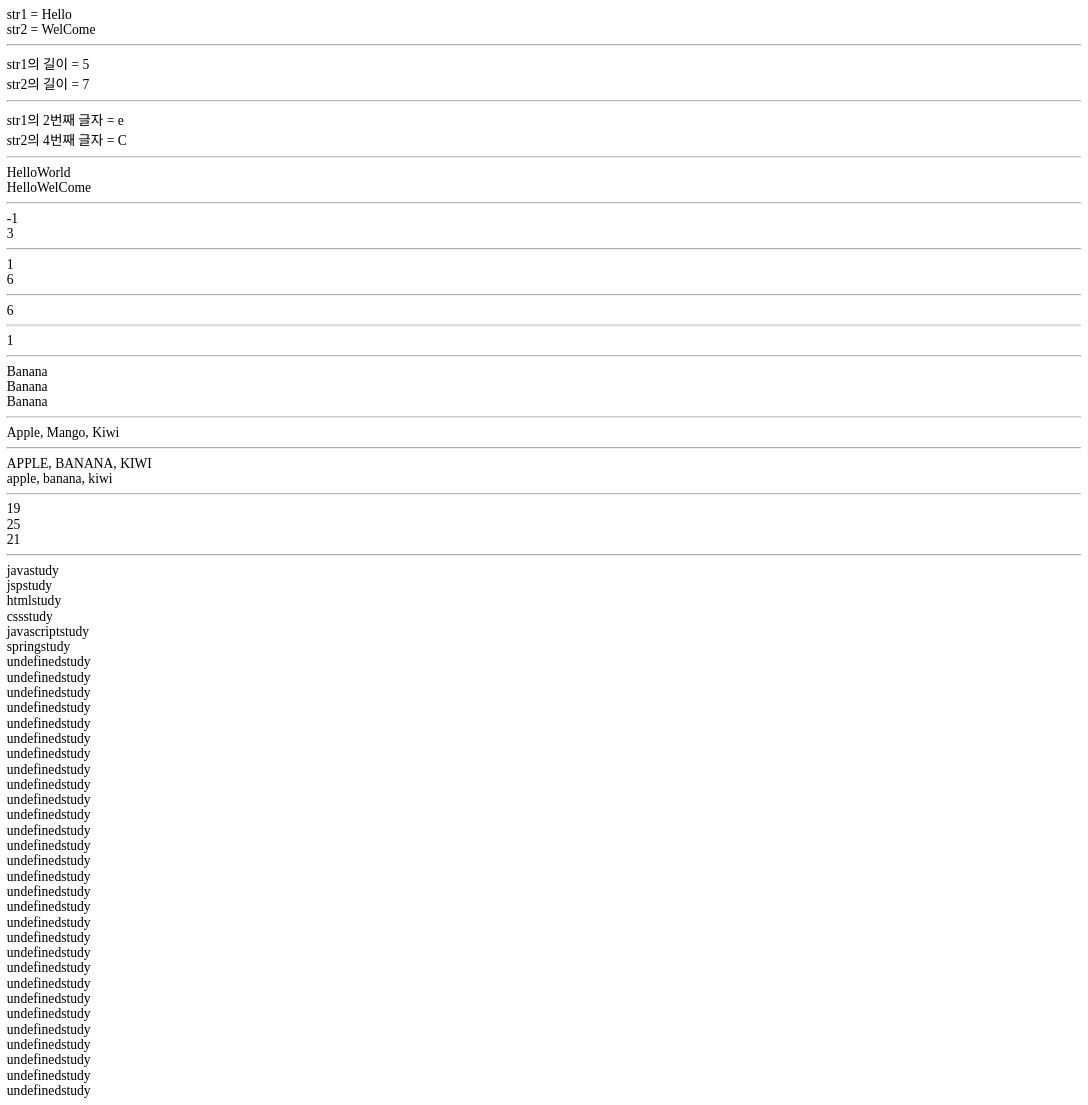
Repository: wjsjsn/23_webstudy
Page: 03_javascript/src/main/webapp/day02/Ex21_StringClass.html
An editor plug-in stored every save of this project. The page is shown before and after the next save, followed by the edit.
The browser window is 1280 px wide. The pictures show the whole page, at 85% of full size.

Above is the page before, as saved 2023-06-29 00:57:53.

### 03_javascript/src/main/webapp/day02/Ex21_StringClass.html
<!DOCTYPE html>
<html>
<head>
<meta charset="UTF-8">
<title>Insert title here</title>
<script type="text/javascript">
	// 내장 객체 : javascript가 구동되는 시점에서 바로 제공되면,
	//               javascript코드 어디에서든 사용 가능
	// Object, String, Number, Date, Array, Math, ....
	var str1 = "Hello";
	var str2 = new String("WelCome");

	document.write("str1 = " + str1 + "<br>")
	document.write("str2 = " + str2 + "<br>")
	document.write("<hr>")

	// 길이 : length
	document.write("str1의 길이 = " + str1.length + "<br>")
	document.write("str2의 길이 = " + str2.length + "<br>")
	document.write("<hr>")

	// n번째 문자 추출 : charAt(n) => n = index = 0부터 시작
	document.write("str1의 2번째 글자 = " + str1.charAt(1) + "<br>")
	document.write("str2의 4번째 글자 = " + str2.charAt(3) + "<br>")
	document.write("<hr>")

	// 문자 연결자 : concat(str)
	document.write(str1.concat("World") + "<br>")
	document.write(str1.concat(str2) + "<br>")
	document.write("<hr>")

	// 해당 문자나 문자열의 위치값 : indexOf('문자 또는 문자열')
	//                                     **정규식 사용 x, -1 이면 찾는 문자가 없다라는 뜻
	document.write(str1.indexOf('C') + "<br>")
	document.write(str2.indexOf('C') + "<br>")
	document.write("<hr>")

	// 해당 문자나 문자열의 위치값 : indexOf('문자 또는 문자열', 시작위치)
	// 첫번째 e의 위치
	document.write(str2.indexOf('e', 0) + "<br>")
	// 두번째 e의 위치
	document.write(str2.indexOf('e', str2.indexOf('e') + 1) + "<br>")
	document.write("<hr>")

	// 해당 문자나 문자열의 마지막 위치값 : lastIndexOf('문자 또는 문자열')
	document.write(str2.lastIndexOf('e') + "<br>")
	document.write("<hr>")

	// 해당 문자나 문자열의 위치값 : search('문자 또는 문자열')
	//                                        정규식 사용 가능, 두 번째 인자는 x
	document.write(str2.search('e') + "<br>")
	document.write("<hr>")

	// 원하는 문자열 추출 : slice와 substring
	// slice(begin, end), substring(begin, end) : end는 포함하지 않음
	// substr(begin, 개수)
	str1 = "Apple, Banana, Kiwi";
	document.write(str1.slice(7, 13) + "<br>")
	document.write(str1.substring(7, 13) + "<br>")
	document.write(str1.substr(7, 6) + "<br>")
	document.write("<hr>")

	// 치환 : replace(old, new) => 원본은 변경 x, 사본이 만들어짐
	var str3 = str1.replace("Banana", "Mango");
	document.write(str3 + "<br>");
	document.write("<hr>")

	// 대소문자 변환 : toUpperCase, toLowerCase
	document.write(str1.toUpperCase() + "<br>")
	document.write(str1.toLowerCase() + "<br>")
	document.write("<hr>")

	// 공백 제거 : trim()
	var str4 = "  Apple,  Banana,  Kiwi  ";
	document.write(str1.length + "<br>");
	document.write(str4.length + "<br>");
	document.write(str4.trim().length + "<br>");
	document.write("<hr>")

	// 문자열을 배열로 만들기(split("구분자"))
	var str5 = "java,jsp,html,css,javascript,spring";
	var str6 = str5.split(",")
	// k는 자바와 다르게 index를 뜻함
	for ( var k in str5) {
		document.write(str6[k] + "study" + "<br>");
	}

	// 배열을 문자열로 만들기(join("구분자"))
</script>
</head>
<body>

</body>
</html>

After the next save:
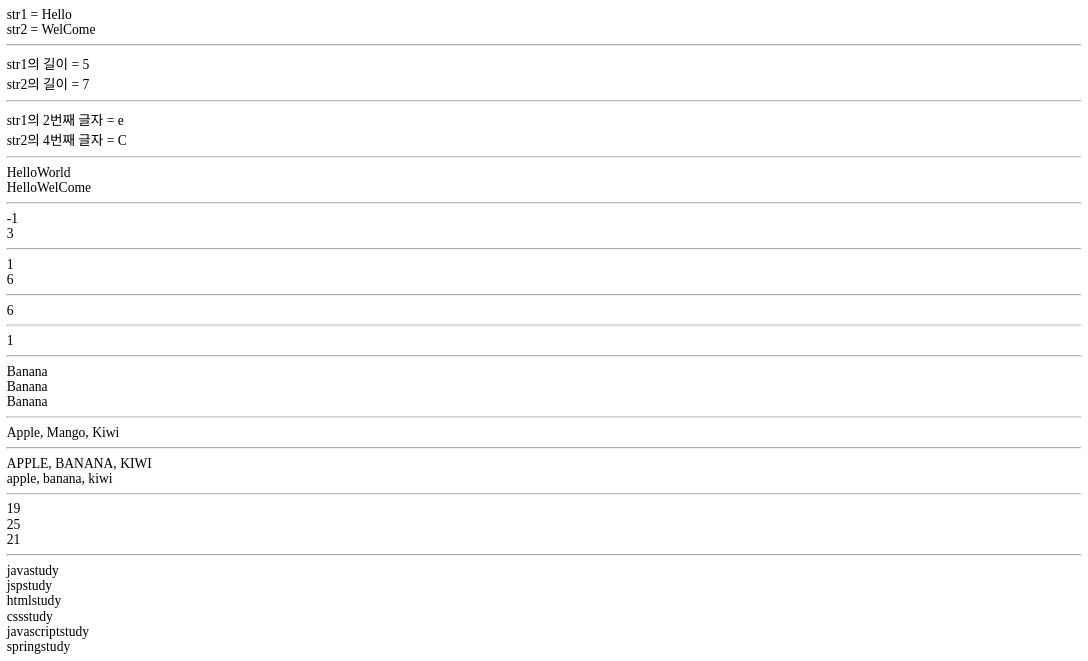
Saved 13 s later.
--- a/03_javascript/src/main/webapp/day02/Ex21_StringClass.html
+++ b/03_javascript/src/main/webapp/day02/Ex21_StringClass.html
@@ -81,7 +81,7 @@
 	var str5 = "java,jsp,html,css,javascript,spring";
 	var str6 = str5.split(",")
 	// k는 자바와 다르게 index를 뜻함
-	for ( var k in str5) {
+	for ( var k in str6) {
 		document.write(str6[k] + "study" + "<br>");
 	}
 
